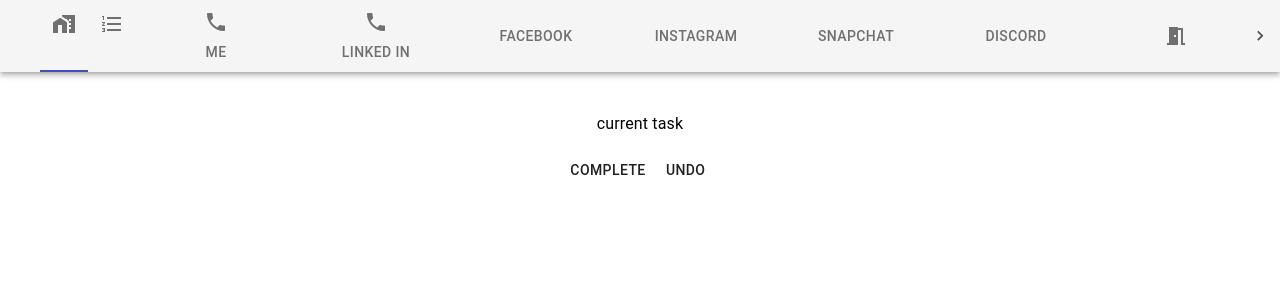
Repository: hossamsulleman1/CONTACTME
Page: / (app in my-app/)
The author's editor kept a copy of each file at every save. The page is drawn from the files as they stood at one save, then again after the next save.
The browser window is 1280 px wide. The pictures show the whole page.
The project was rebuilt for these pictures with package versions that can differ from the ones it lists, and the page was loaded fresh each time. Also part of the build but not shown: my-app/src/Components/PageProp.jsx, my-app/src/Components/ProfileFolder/FriendsAvatarList.jsx, my-app/src/Components/ProfileFolder/Content.jsx.

Above is the page before, as saved 2020-11-08 11:27:07.

### my-app/src/App.js
import './App.css';
import IconNav from './Components/IconNav';

function App() {
  return (
    <div className="App">
<IconNav>

</IconNav>
    </div>
  );
}

export default App;

### my-app/src/App.css
.App {
  text-align: center;
}

.floatRight {
  float: right;
}

.flexbox {
 display: flex;
}

.App-logo {
  height: 40vmin;
  pointer-events: none;
}

@media (prefers-reduced-motion: no-preference) {
  .App-logo {
    animation: App-logo-spin infinite 20s linear;
  }
}

.App-header {
  background-color: #282c34;
  min-height: 100vh;
  display: flex;
  flex-direction: column;
  align-items: center;
  justify-content: center;
  font-size: calc(10px + 2vmin);
  color: white;
}

.App-link {
  color: #61dafb;
}

@keyframes App-logo-spin {
  from {
    transform: rotate(0deg);
  }
  to {
    transform: rotate(360deg);
  }
}

### my-app/src/Components/IconNav.jsx
import React from "react";
import PropTypes from "prop-types";
import { makeStyles } from "@material-ui/core/styles";
import AppBar from "@material-ui/core/AppBar";
import Tabs from "@material-ui/core/Tabs";
import Tab from "@material-ui/core/Tab";
import Typography from "@material-ui/core/Typography";
import Box from "@material-ui/core/Box";
import PhoneIcon from "@material-ui/icons/Phone";
import PageProp from "./PageProp";
import Button from "@material-ui/core/Button";
import Content from "./ProfileFolder/Content";
import MeetingRoomIcon from "@material-ui/icons/MeetingRoom";
import HomeWorkIcon from "@material-ui/icons/HomeWork";
import IconButton from "@material-ui/core/IconButton";
import "../App.css";
import Preview from "./Preview";
import FormatListNumberedIcon from "@material-ui/icons/FormatListNumbered";
import AssignmentTurnedInIcon from "@material-ui/icons/AssignmentTurnedIn";
import AssignmentReturnIcon from "@material-ui/icons/AssignmentReturn";
import AssignmentLateIcon from '@material-ui/icons/AssignmentLate';

function TabPanel(props) {
  const { children, value, index, ...other } = props;

  return (
    <div
      role="tabpanel"
      hidden={value !== index}
      id={`scrollable-auto-tabpanel-${index}`}
      aria-labelledby={`scrollable-auto-tab-${index}`}
      {...other}
    >
      {value === index && (
        <Box p={3}>
          <Typography>{children}</Typography>
        </Box>
      )}
    </div>
  );
}

TabPanel.propTypes = {
  children: PropTypes.node,
  index: PropTypes.any.isRequired,
  value: PropTypes.any.isRequired,
};

function a11yProps(index) {
  return {
    id: `scrollable-auto-tab-${index}`,
    "aria-controls": `scrollable-auto-tabpanel-${index}`,
  };
}

const useStyles = makeStyles((theme) => ({
  root: {
    flexGrow: 1,
    width: "100%",
    backgroundColor: theme.palette.background.paper,
  },
}));

export default function IconNav() {
  const classes = useStyles();
  const [value, setValue] = React.useState(0);

  const handleChange = (event, newValue) => {
    setValue(newValue);
  };

  return (
    <div className={classes.root}>
      <AppBar position="static" color="default">
        <Tabs
          value={value}
          onChange={handleChange}
          indicatorColor="primary"
          textColor="primary"
          variant="scrollable"
          scrollButtons="auto"
          aria-label="scrollable auto tabs example"
        >
          <div className="floatRight">
            <IconButton
              aria-label="delete"
              href="https://semptiareact.web.app/"
            >
              <HomeWorkIcon></HomeWorkIcon>
            </IconButton>
          </div>
          <div className="floatRight">
            <IconButton
              aria-label="delete"
              href="https://semptiareact.web.app/"
            >
              <FormatListNumberedIcon></FormatListNumberedIcon>
              {/* GOES TO SEMPTIA TASK TRACKING PAGE  */}
            </IconButton>
          </div>
          {/* <div className="floatRight">
            <IconButton
              aria-label="delete"
              href="https://semptiareact.web.app/"
            >
              <HomeWorkIcon></HomeWorkIcon>
            </IconButton>
          </div> */}
          <Tab icon={<PhoneIcon />} label="ME" {...a11yProps(0)} />
          <Tab icon={<PhoneIcon />} label="Linked In" {...a11yProps(1)} />
          <Tab label="Facebook" {...a11yProps(2)} />
          <Tab label="Instagram" {...a11yProps(3)} />
          <Tab label="Snapchat" {...a11yProps(4)} />
          <Tab label="Discord" {...a11yProps(5)} />
          <Tab icon={<MeetingRoomIcon />} {...a11yProps(6)} />

          <div className="flexbox">
            <div className="floatRight">
              <IconButton
                aria-label="delete"
                href="https://semptiareact.web.app/"
              >
                <AssignmentReturnIcon/>
                {/* GOES TO SEMPTIA TASK TRACKING PAGE  */}
              </IconButton>
            </div>
            <div className="floatRight">
              <IconButton
                aria-label="delete"
                href="https://semptiareact.web.app/"
              >
                <AssignmentLateIcon/>
                {/* GOES TO SEMPTIA TASK TRACKING PAGE  */}
              </IconButton>
            </div>
            <div className="floatRight">
              <IconButton
                aria-label="delete"
                href="https://semptiareact.web.app/"
              >
                <AssignmentTurnedInIcon/>
                {/* GOES TO SEMPTIA TASK TRACKING PAGE  */}
              </IconButton>
            </div>
          </div>
        </Tabs>
      </AppBar>
      <TabPanel value={value} index={0}>
        <Preview></Preview>
      </TabPanel>
      <TabPanel value={value} index={1}>
        <PageProp name="Linked In"></PageProp>
      </TabPanel>
      <TabPanel value={value} index={2}>
        <PageProp name="Facebook"></PageProp>
      </TabPanel>
      <TabPanel value={value} index={3}>
        <PageProp name="Instagram"></PageProp>
      </TabPanel>
      <TabPanel value={value} index={4}>
        Item Five
      </TabPanel>
      <TabPanel value={value} index={5}>
        Item Six
      </TabPanel>
      <TabPanel value={value} index={6}>
        {/* make this just a icon thing and have it have a load screen sucess load and this unlocks door and shows stats about door ect not a tab  */}
      </TabPanel>
    </div>
  );
}

### my-app/src/Components/Preview.jsx
import { Button } from '@material-ui/core'
import React, { Component } from 'react'

export default function Preview() {



return (

    <div>
    <p> current task</p>
    <Button>COMPLETE</Button>
    <Button>UNDO</Button>
    </div>

)


}

Loaded but not shown: my-app/public/index.html (common file); my-app/src/index.js (common file); my-app/src/index.css (common file); my-app/src/reportWebVitals.js (common file)

After the next save:
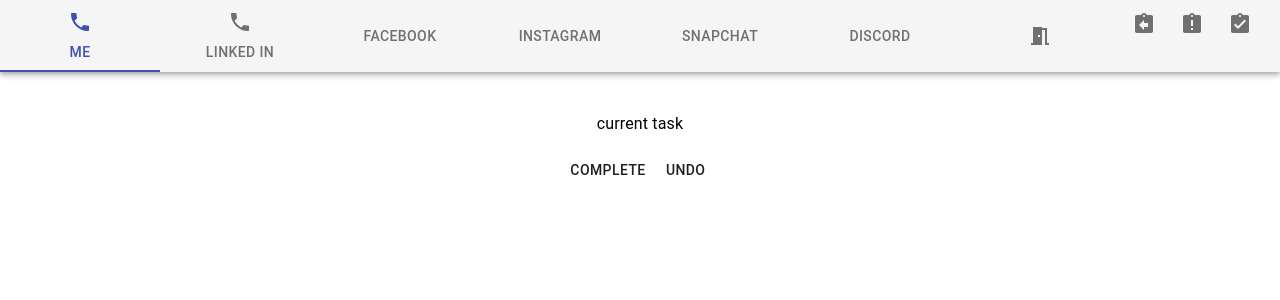
Saved 18 s later.
--- a/my-app/src/Components/IconNav.jsx
+++ b/my-app/src/Components/IconNav.jsx
@@ -81,23 +81,7 @@ export default function IconNav() {
           scrollButtons="auto"
           aria-label="scrollable auto tabs example"
         >
-          <div className="floatRight">
-            <IconButton
-              aria-label="delete"
-              href="https://semptiareact.web.app/"
-            >
-              <HomeWorkIcon></HomeWorkIcon>
-            </IconButton>
-          </div>
-          <div className="floatRight">
-            <IconButton
-              aria-label="delete"
-              href="https://semptiareact.web.app/"
-            >
-              <FormatListNumberedIcon></FormatListNumberedIcon>
-              {/* GOES TO SEMPTIA TASK TRACKING PAGE  */}
-            </IconButton>
-          </div>
+
           {/* <div className="floatRight">
             <IconButton
               aria-label="delete"
